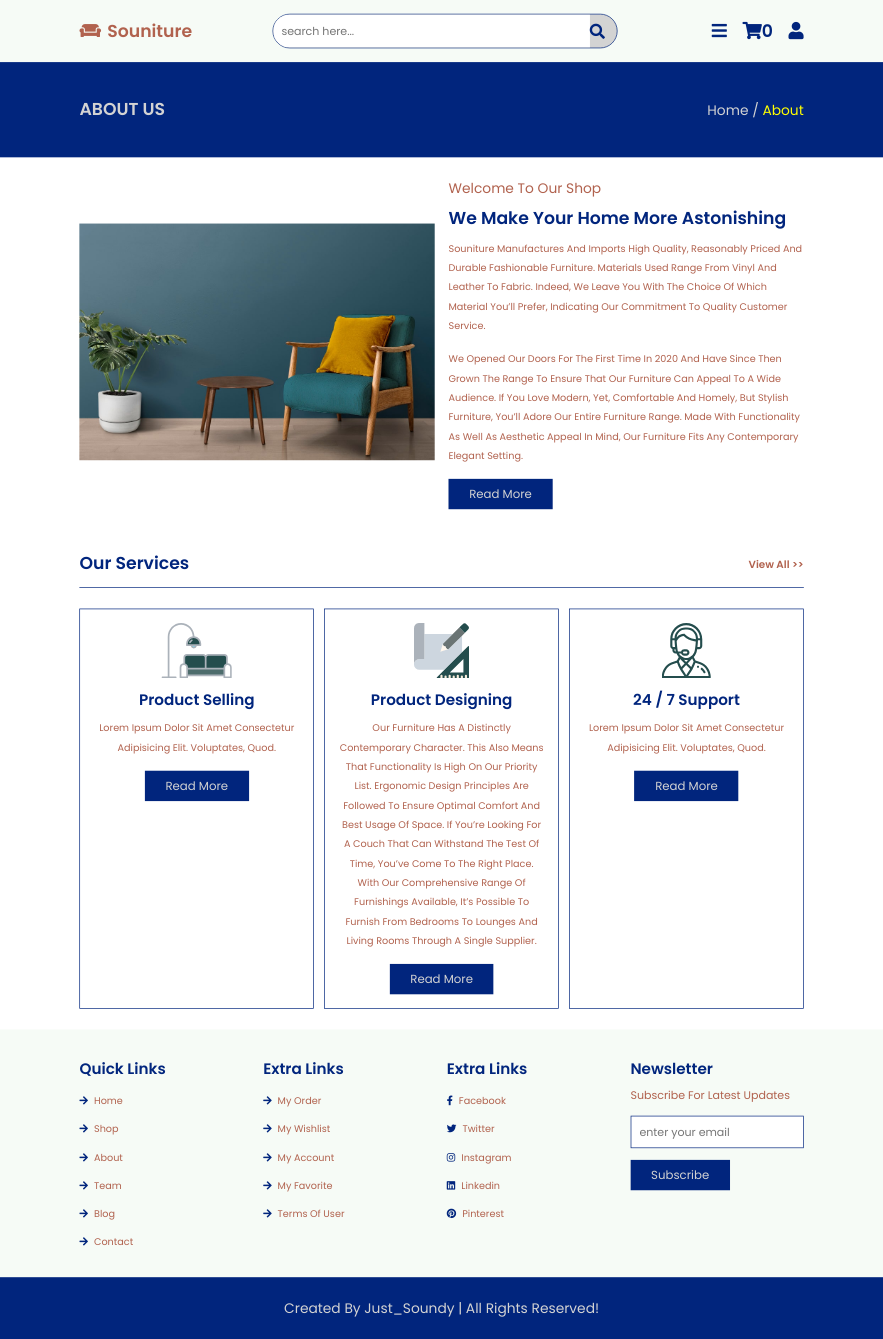
Repository: spencersoundy/furniture-store
Page: about.html
These files come from the project's save history. The page is drawn as it stood at one moment and after a run of saves; the edit follows.
The browser window is 1280 px wide. The pictures show the whole page, at 69% of full size.

Above is the page before, as saved 2023-05-04 17:10:37.
Console error: TypeError: Cannot read properties of null (reading 'addEventListener')

After the next 3 saves:
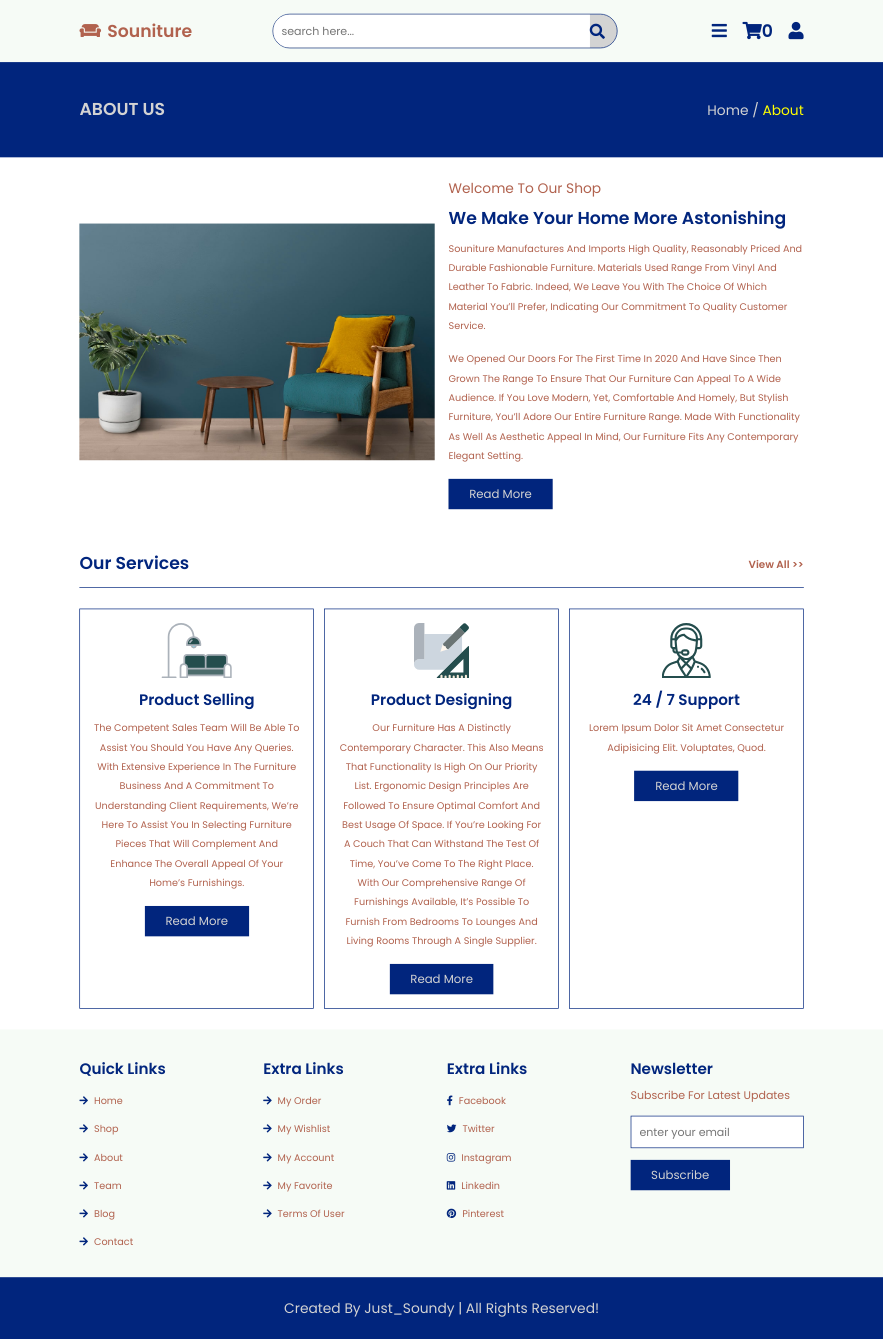
The 3 saves are shown as one change because they came seconds apart.
The last was saved 18 s later.
--- a/about.html
+++ b/about.html
@@ -126,7 +126,7 @@
         <div class="box">
             <img src="image/serv-1.svg" alt="">
             <h3>product selling</h3>
-            <p>Lorem ipsum dolor sit amet consectetur adipisicing elit. Voluptates, quod.</p>
+            <p>The competent sales team will be able to assist you should you have any queries. With extensive experience in the furniture business and a commitment to understanding client requirements, we’re here to assist you in selecting furniture pieces that will complement and enhance the overall appeal of your home’s furnishings.</p>
             <a href="#" class="btn">read more</a>
         </div>
 
